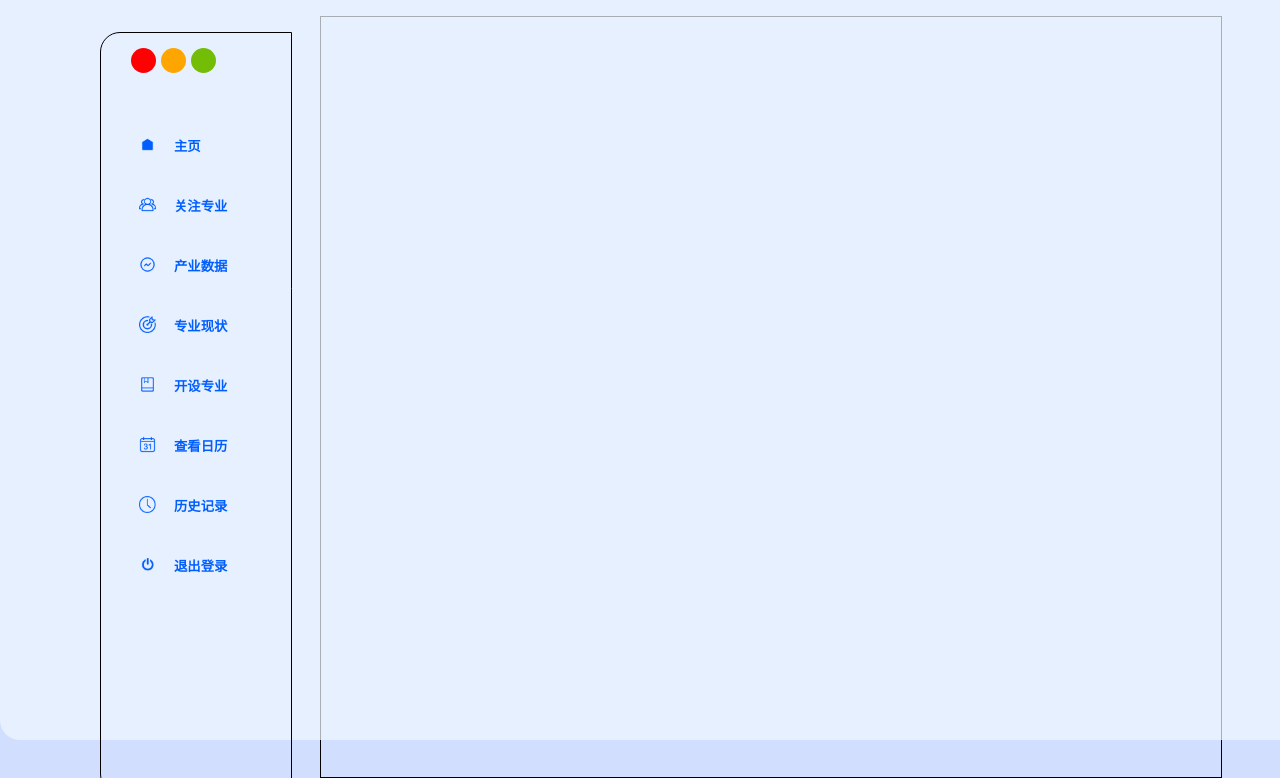
Repository: akaCSDN/test
Page: 2.1主页.html
The author's editor kept a copy of each file at every save. The page is drawn from the files as they stood at one save, then again after the next save.
The browser window is 1280 px wide. The pictures show the whole page.

Above is the page before, as saved 2022-12-03 22:04:52.

After the next save:
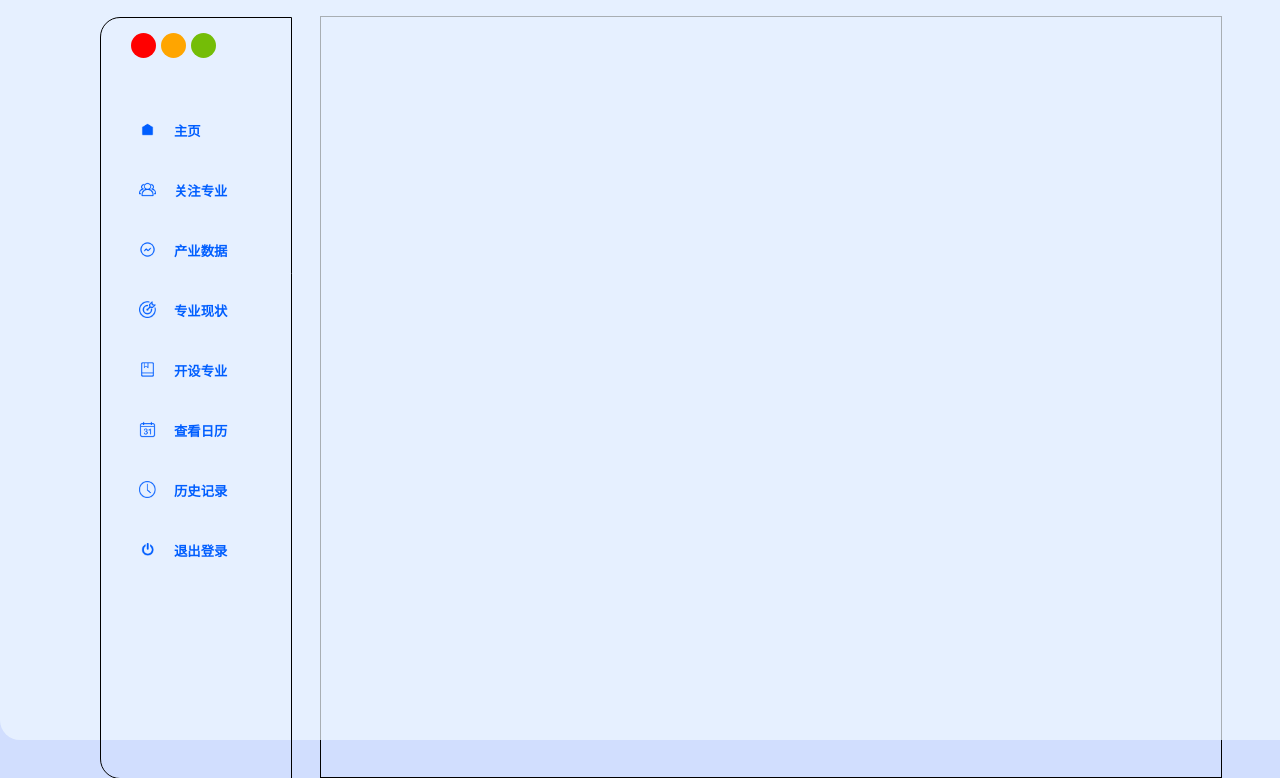
Saved 11 s later.
--- a/2.1主页.html
+++ b/2.1主页.html
@@ -35,7 +35,7 @@
             border: 1px solid black;
             position: absolute;
             margin-left: 100px;
-            margin-top: 16px;
+            margin-top: 1px;
             position: fixed;
         }
         .circle-point{
